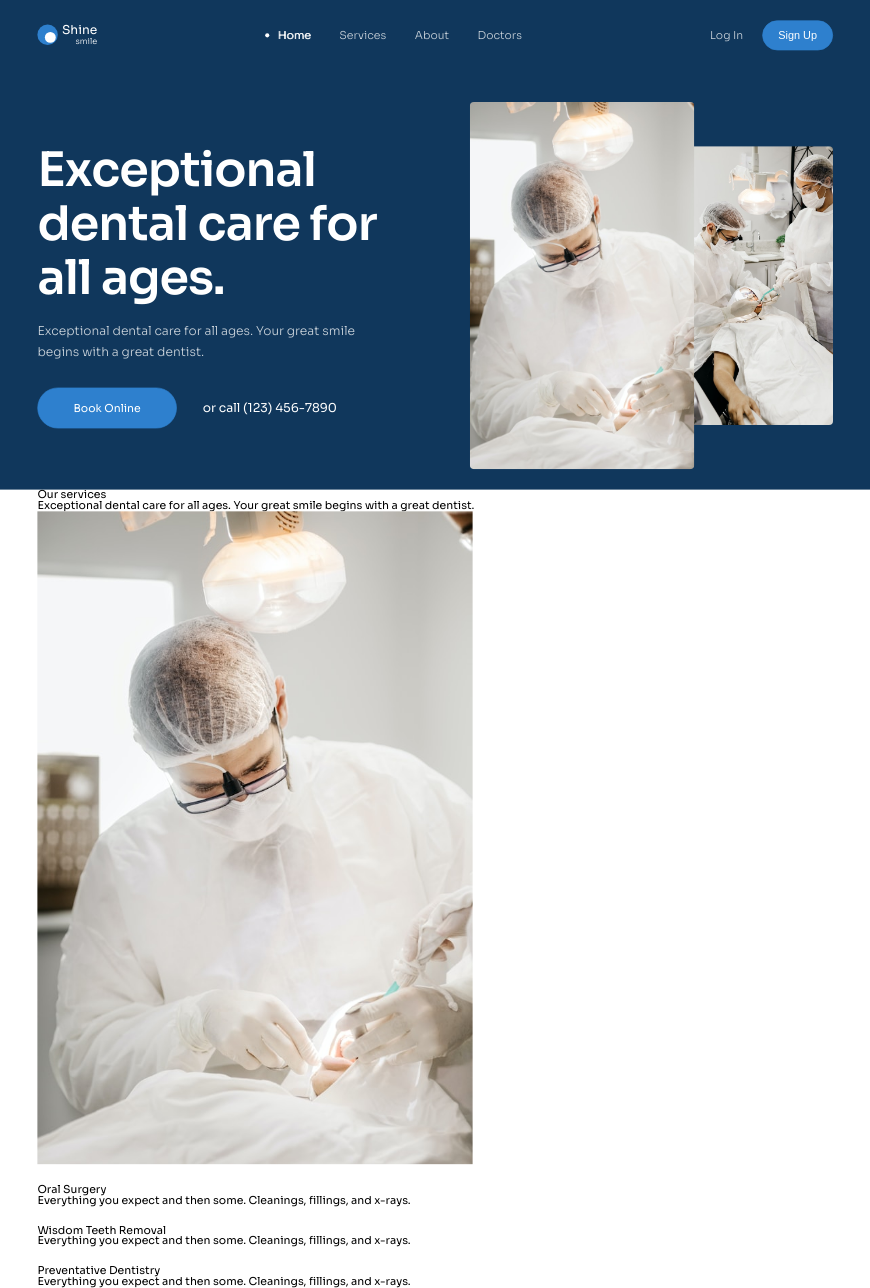
Repository: Tran-Dat/F8_Project_03
Page: index.html
These files come from the project's save history. The page is drawn as it stood at one moment and after the next save; the edit follows.
The browser window is 1280 px wide. The pictures show the whole page, at 68% of full size.

Above is the page before, as saved 2023-04-03 14:47:13.

After the next save:
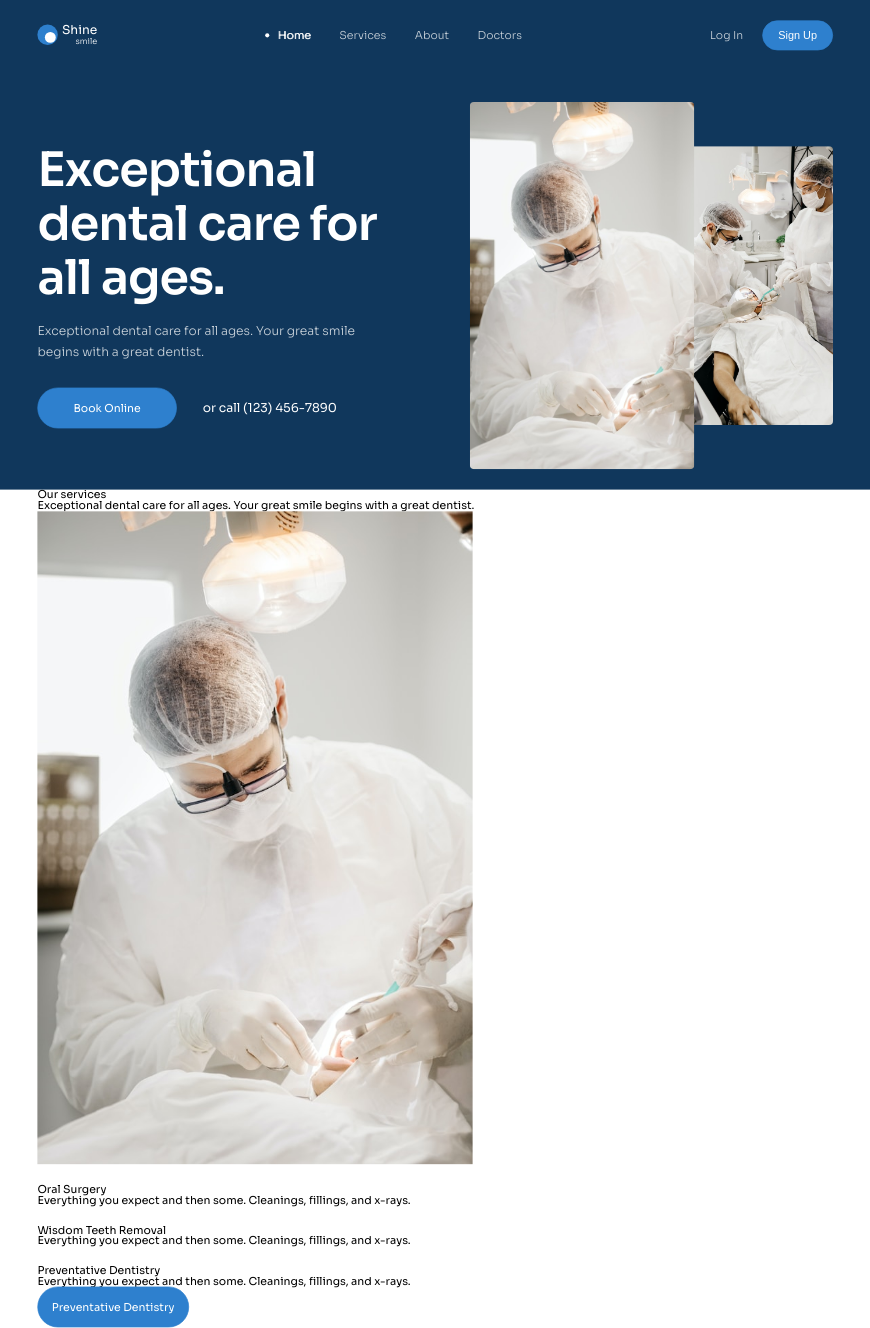
Saved 2 min 54 s later.
--- a/index.html
+++ b/index.html
@@ -199,6 +199,7 @@
                             />
                         </figure>
 
+                        <!-- Service List -->
                         <div class="service__list">
                             <!-- Service item 1 -->
                             <section class="service-item">
@@ -290,6 +291,8 @@
                                 </div>
                             </section>
                         </div>
+
+                        <a href="" class="btn">Preventative Dentistry</a>
                     </div>
                 </div>
             </section>
